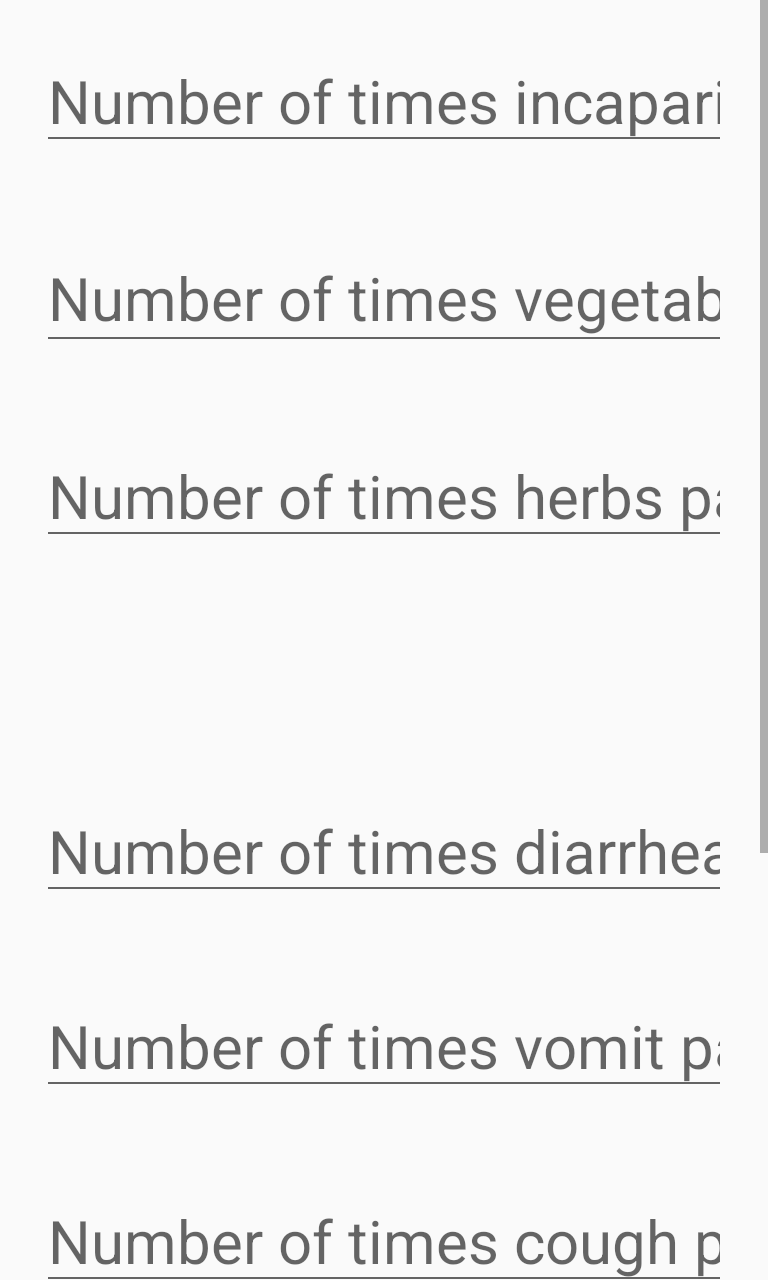
Repository: achavez812/GuatemalaProject2
Layout: GuateMedic-master/GuateMedic/res/layout/fragment_add_new_child_visit4.xml
These files come from the project's save history. The layout is drawn as it stood at one moment and after the next save; the edit follows.
It is drawn on a 768 x 1280 px phone screen (xhdpi) without system bars, with theme AppTheme; the app's code is not run.

Above is the layout before, as saved 2014-07-03 00:57:54.

After the next save:
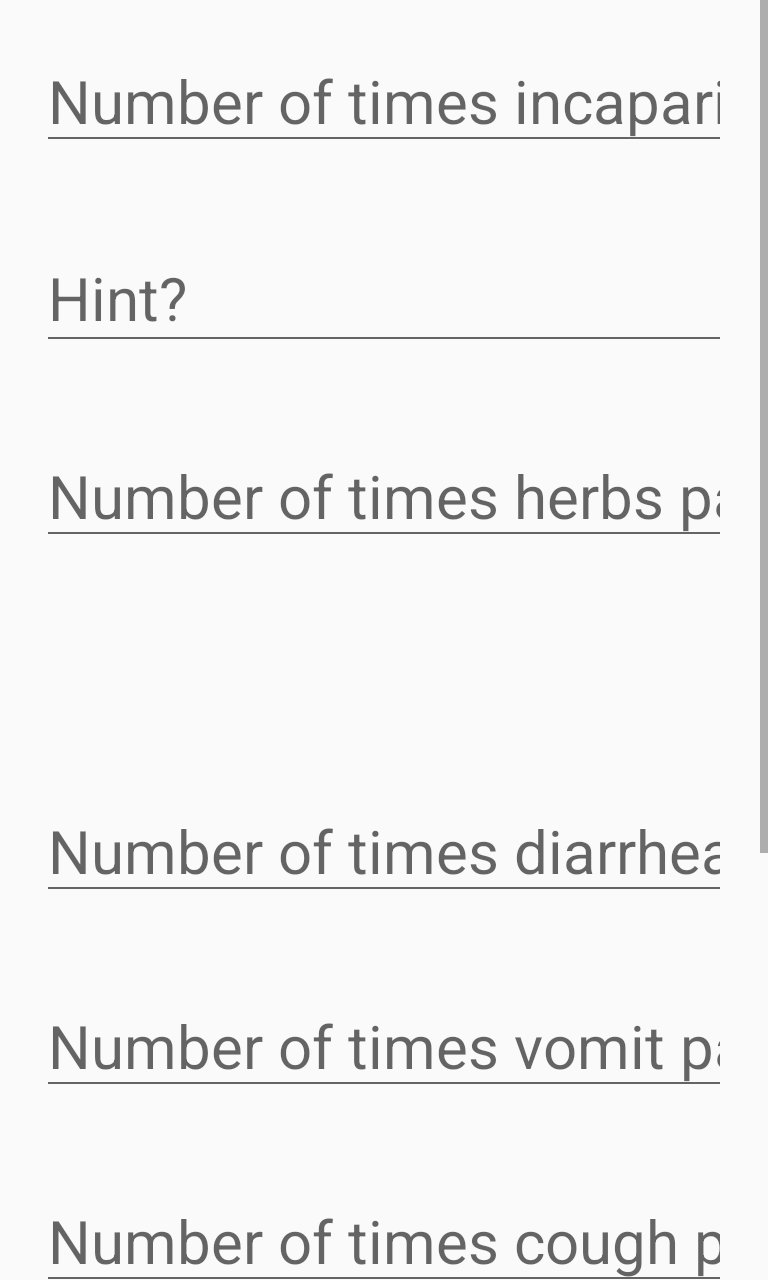
Saved 59 s later.
--- a/GuateMedic-master/GuateMedic/res/layout/fragment_add_new_child_visit4.xml
+++ b/GuateMedic-master/GuateMedic/res/layout/fragment_add_new_child_visit4.xml
@@ -26,7 +26,7 @@
 		android:layout_margin="20dp"
 		android:layout_below="@+id/child_visit4_num_times_incaparina_past_week"
 		android:layout_centerHorizontal="true"
-        android:hint="Number of times vegetables or fruits past week?"
+        android:hint="Hint?"
         android:inputType="number"
         android:layout_height="60dp"
         />
